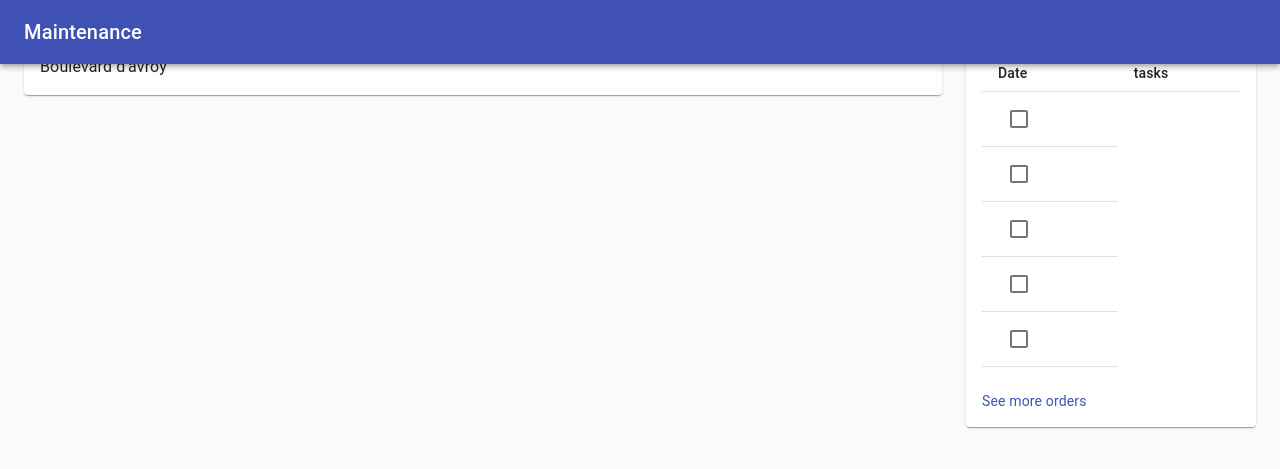
Repository: sapbrussels/intelligenthighway_webapp
Page: /Maintenance (app in router/)
An editor plug-in stored every save of this project. The page is shown before and after the next save, followed by the edit.
The browser window is 1280 px wide. The pictures show the whole page.
The project was rebuilt for these pictures with package versions that can differ from the ones it lists, and the page was loaded fresh each time. Also part of the build but not shown: router/src/App.css, router/src/Login.js, router/src/Maps.js, router/src/Jobspage.js.

Above is the page before, as saved 2020-03-26 15:33:38.

### router/src/App.js
import React from 'react';
import {BrowserRouter, Route, Switch} from "react-router-dom";
import './App.css';
import Login from './Login';
import Jobspage from'./Jobspage';
import Maintenance from './Maintenance';


function App() {
  return (
    <BrowserRouter>
    <Switch>
     <Route path='/' exact component={Login}/>
     <Route path='/Jobspage' exact component={Jobspage}/>
     <Route path='/Maintenance' exact component={Maintenance}/>
     </Switch>
    </BrowserRouter>

  );
}

export default App;

### router/src/Maintenance.js
import React from 'react';
import { makeStyles } from '@material-ui/core/styles';
import CssBaseline from '@material-ui/core/CssBaseline';
import AppBar from '@material-ui/core/AppBar';
import Toolbar from '@material-ui/core/Toolbar';
import Typography from '@material-ui/core/Typography';
import DateMaintenance from './DateMaintenance';
import Grid from '@material-ui/core/Grid';
import Container from '@material-ui/core/Container';
import Paper from '@material-ui/core/Paper';
import Checklist from './Checklist';


const useStyles = makeStyles((theme) => ({
  paper: {
    marginTop: theme.spacing(8),
    display: 'flex',
    flexDirection: 'column',
    alignItems: 'center',
  },
  root: {
    display: 'flex',
  },
  toolbar: {
    paddingRight: 24, // keep right padding when drawer closed
  },
  toolbarIcon: {
    display: 'flex',
    alignItems: 'center',
    justifyContent: 'flex-end',
    padding: '0 8px',
    ...theme.mixins.toolbar,
  },
  appBar: {
    zIndex: theme.zIndex.drawer + 1,
    transition: theme.transitions.create(['width', 'margin'], {
      easing: theme.transitions.easing.sharp,
      duration: theme.transitions.duration.leavingScreen,
    }),
  },
  fixedHeight: {
    padding: theme.spacing(2),
    display: 'flex',
    overflow: 'auto',
    flexDirection: 'column',
  },
}));

export default function Dashboard() {
  const classes = useStyles();

  const fixedHeightPaper = (classes.fixedHeight);
  return (
    <div className={classes.root}>
      <CssBaseline />
      <AppBar position="absolute" className={classes.appBar}>
        <Toolbar className={classes.toolbar}>
          <Typography component="h1" variant="h6" color="inherit" noWrap className={classes.title}>
            Maintenance
          </Typography>
        </Toolbar>
      </AppBar>
      <Container maxWidth="lg" className={classes.container}>
          <Grid container spacing={3}>
            {/* Chart */}
            <Grid item xs={12} md={8} lg={9}>
              <Paper className={fixedHeightPaper}>
                <DateMaintenance />
              </Paper>
            </Grid>
            {/* Recent Deposits */}
            <Grid item xs={12} md={4} lg={3}>
              <Paper className={fixedHeightPaper}>
                <Checklist />
              </Paper>
            </Grid>
          </Grid>
        </Container>
    </div>
  );
}

### router/src/listItems.js
import React from 'react';
import ListItem from '@material-ui/core/ListItem';
import ListItemIcon from '@material-ui/core/ListItemIcon';
import ListItemText from '@material-ui/core/ListItemText';
import DashboardIcon from '@material-ui/icons/Dashboard';
import ShoppingCartIcon from '@material-ui/icons/ShoppingCart';
import PeopleIcon from '@material-ui/icons/People';

export const mainListItems = (
  <div>
    <ListItem >
      <ListItemIcon>
        <DashboardIcon />
      </ListItemIcon>
      <ListItemText  primary="jobs page" />
    </ListItem>
    <ListItem button>
      <ListItemIcon>
        <ShoppingCartIcon />
      </ListItemIcon>
      <ListItemText primary="maintenance" />
    </ListItem>
    <ListItem button>
      <ListItemIcon>
        <PeopleIcon />
      </ListItemIcon>
      <ListItemText primary="help" />
    </ListItem>
  </div>
);

### router/src/LightStatus.js
import React from 'react';
import Link from '@material-ui/core/Link';
import { makeStyles } from '@material-ui/core/styles';
import Table from '@material-ui/core/Table';
import TableBody from '@material-ui/core/TableBody';
import TableCell from '@material-ui/core/TableCell';
import TableHead from '@material-ui/core/TableHead';
import TableRow from '@material-ui/core/TableRow';
import Rectangle from 'react-rectangle';
import Title from './Title';



// Generate Order Data
function createData(id, street_light, status,light) {
  return { street_light, status, light};
}

const rows = [
  createData(0, 'Boulevard Avroy 1.9', 'ON', <Rectangle aspectRatio={[3,3]}>
  <div style={{ background: '#008000',  width: '40%', height: '40%' }} />
</Rectangle>),
  createData(1, 'Rue de Londres 2.1', 'OFF',<Rectangle aspectRatio={[3,3]}>
  <div style={{ background: '#FFFFFF', width: '40%', height: '40%' }} />
</Rectangle>),
  createData(2, 'Rue de Londres 2.3', 'X',<Rectangle aspectRatio={[3,3]}>
  <div style={{ background: '#FF0000', width: '40%', height: '40%' }} />
</Rectangle>),
];

function preventDefault(event) {
  event.preventDefault();
}

const useStyles = makeStyles((theme) => ({
  seeMore: {
    marginTop: theme.spacing(3),
    padding: '20px',
    borderRadius:'10px',
  },
}));

export default function LightStatus() {
  const classes = useStyles();
  return (
    <React.Fragment>
      <Title>Light status</Title>
      <Table size="small">
        <TableHead>
          <TableRow>
            <TableCell>street light</TableCell>
            <TableCell>status</TableCell>
            <TableCell></TableCell>
          </TableRow>
        </TableHead>
        <TableBody>
          {rows.map((row) => (
            <TableRow key={row.id}>
              <TableCell>{row.street_light}</TableCell>
              <TableCell> {row.status}</TableCell>
              <TableCell> {row.light}</TableCell>
            </TableRow>
          ))}
        </TableBody>
      </Table>
      <div className={classes.seeMore}>
        <Link color="primary" href="#" onClick={preventDefault}>
          See more lights
        </Link>
      </div>
    </React.Fragment>
  );
}

### router/src/Jobslist.js
import React from 'react';
import {Link} from 'react-router-dom';
import { makeStyles } from '@material-ui/core/styles';
import Table from '@material-ui/core/Table';
import TableBody from '@material-ui/core/TableBody';
import TableCell from '@material-ui/core/TableCell';
import TableHead from '@material-ui/core/TableHead';
import TableRow from '@material-ui/core/TableRow';
import Title from './Title';

// Generate Order Data
function createData(id, location, job, accept) {
  return { id, location, job, accept };
}

const rows = [
    createData(0, 'Boulevard Avroy 1.9', 'Maintenance',<button>Accept</button>),
    createData(1, 'Rue de Londres 2.1', 'Fix issue',<Link to="/Maintenance"><button>Accept</button></Link>),
];

function preventDefault(event) {
  event.preventDefault();
}

const useStyles = makeStyles((theme) => ({
  seeMore: {
    marginTop: theme.spacing(3),
    padding: '20px',
    borderRadius:'10px',
  },
}));

    export default function Jobslist() {
    const classes = useStyles();
    return (
        <React.Fragment>
        <Title>jobs available</Title>
        <Table size="small">
            <TableHead>
            <TableRow>
                <TableCell>location</TableCell>
                <TableCell>job</TableCell>
                <TableCell>Accept the job</TableCell>
            </TableRow>
            </TableHead>
            <TableBody>
            {rows.map((row) => (
                <TableRow key={row.id}>
                <TableCell>{row.location}</TableCell>
                <TableCell>{row.job}</TableCell>
                <TableCell>{row.accept}</TableCell>
                </TableRow>
            ))}
            </TableBody>
        </Table>
        <div className={classes.seeMore}>
            <Link color="primary" href="#" onClick={preventDefault}>
            See more orders
            </Link>
        </div>
        </React.Fragment>
    );
}

### router/src/DateMaintenance.js
import React from 'react';
import { makeStyles } from '@material-ui/core/styles';
import Typography from '@material-ui/core/Typography';
import Title from './Title';

const useStyles = makeStyles((theme)=>({

  paper:{
    paper: {
        marginTop: theme.spacing(8),
        display: 'flex',
        flexDirection: 'column',
        alignContent:'center',
      },
  },
}));

export default function Deposits() {
const classes = useStyles();
  return (
    <div className={classes.paper}>
    <React.Fragment>
      <Title>Location</Title>
      <Typography>Boulevard d'avroy</Typography>
    </React.Fragment>
    </div>
  );
}

### router/src/Checklist.js
import React from 'react';
import Link from '@material-ui/core/Link';
import { makeStyles } from '@material-ui/core/styles';
import Table from '@material-ui/core/Table';
import TableBody from '@material-ui/core/TableBody';
import TableCell from '@material-ui/core/TableCell';
import TableHead from '@material-ui/core/TableHead';
import TableRow from '@material-ui/core/TableRow';
import Title from './Title';
import { Checkbox } from '@material-ui/core';

// Generate Order Data
function createData(id, tasks) {
  return { id, tasks };
}

const rows = [
  createData(0, <Checkbox></Checkbox>),
  createData(1, <Checkbox></Checkbox>),
  createData(2, <Checkbox></Checkbox>),
  createData(3, <Checkbox></Checkbox>),
  createData(4, <Checkbox></Checkbox>),
];

function preventDefault(event) {
  event.preventDefault();
}

const useStyles = makeStyles((theme) => ({
  seeMore: {
    marginTop: theme.spacing(3),
  },
}));

export default function Orders() {
  const classes = useStyles();
  return (
    <React.Fragment>
      <Title>Recent Orders</Title>
      <Table size="small">
        <TableHead>
          <TableRow>
            <TableCell>Date</TableCell>
            <TableCell>tasks</TableCell>
          </TableRow>
        </TableHead>
        <TableBody>
          {rows.map((row) => (
            <TableRow key={row.id}>
              <TableCell>{row.tasks}</TableCell>
            </TableRow>
          ))}
        </TableBody>
      </Table>
      <div className={classes.seeMore}>
        <Link color="primary" href="#" onClick={preventDefault}>
          See more orders
        </Link>
      </div>
    </React.Fragment>
  );
}

Loaded but not shown: router/public/index.html (common file); router/src/index.js (common file); router/src/index.css (common file); router/src/serviceWorker.js (common file); router/src/Title.js (common file)

After the next save:
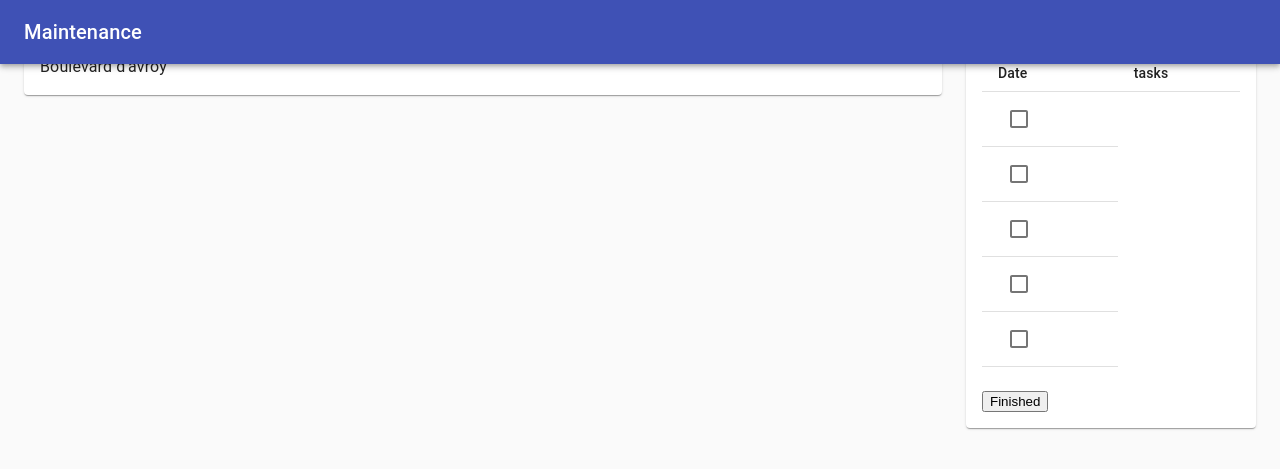
Saved 111 s later.
--- a/router/src/Checklist.js
+++ b/router/src/Checklist.js
@@ -53,9 +53,7 @@
         </TableBody>
       </Table>
       <div className={classes.seeMore}>
-        <Link color="primary" href="#" onClick={preventDefault}>
-          See more orders
-        </Link>
+        <Link><button>Finished</button></Link>
       </div>
     </React.Fragment>
   );
